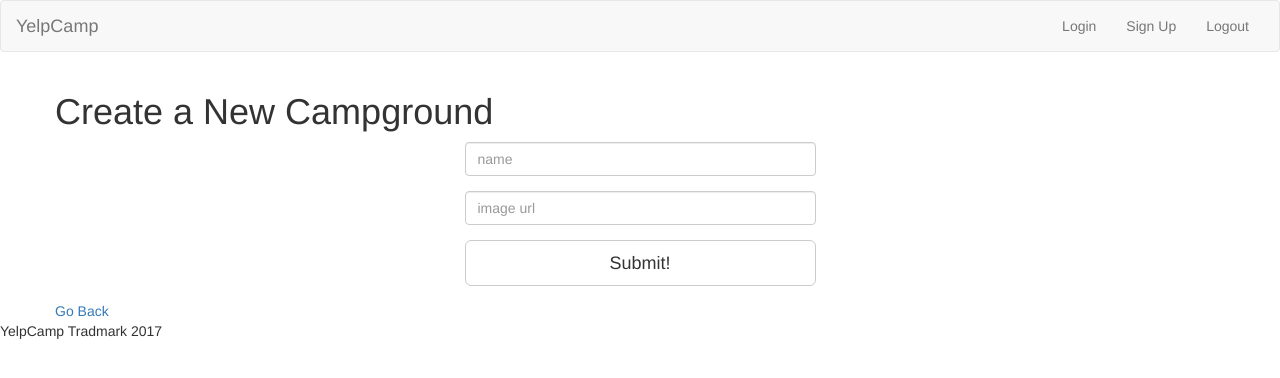
Repository: pruzic/webdevbootcamp
Page: http://localhost/campgrounds/new
The author's editor kept a record of every edit. The page is drawn from the files as they stood at one moment, then again after the next edit.
The browser window is 1280 px wide. The pictures show the whole page.
The page is served by the project's Node server (YelpCamp/v1/app.js).

Above is the page before.

After the next edit:
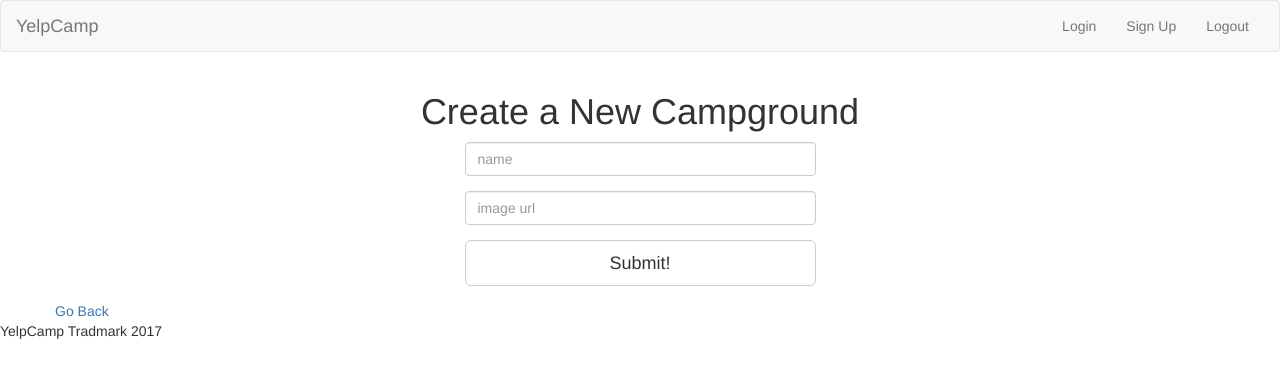
The edit:
--- a/workspace/YelpCamp/v1/views/new.ejs
+++ b/workspace/YelpCamp/v1/views/new.ejs
@@ -2,7 +2,7 @@
 
 <div class="container">
     <div class="row">
-        <h1>Create a New Campground</h1>
+        <h1 style="text-align: center">Create a New Campground</h1>
         <div style="width: 30%; margin: 0 auto; ">
             <form action="/campgrounds" method="POST">
                 <div class="form-group">
